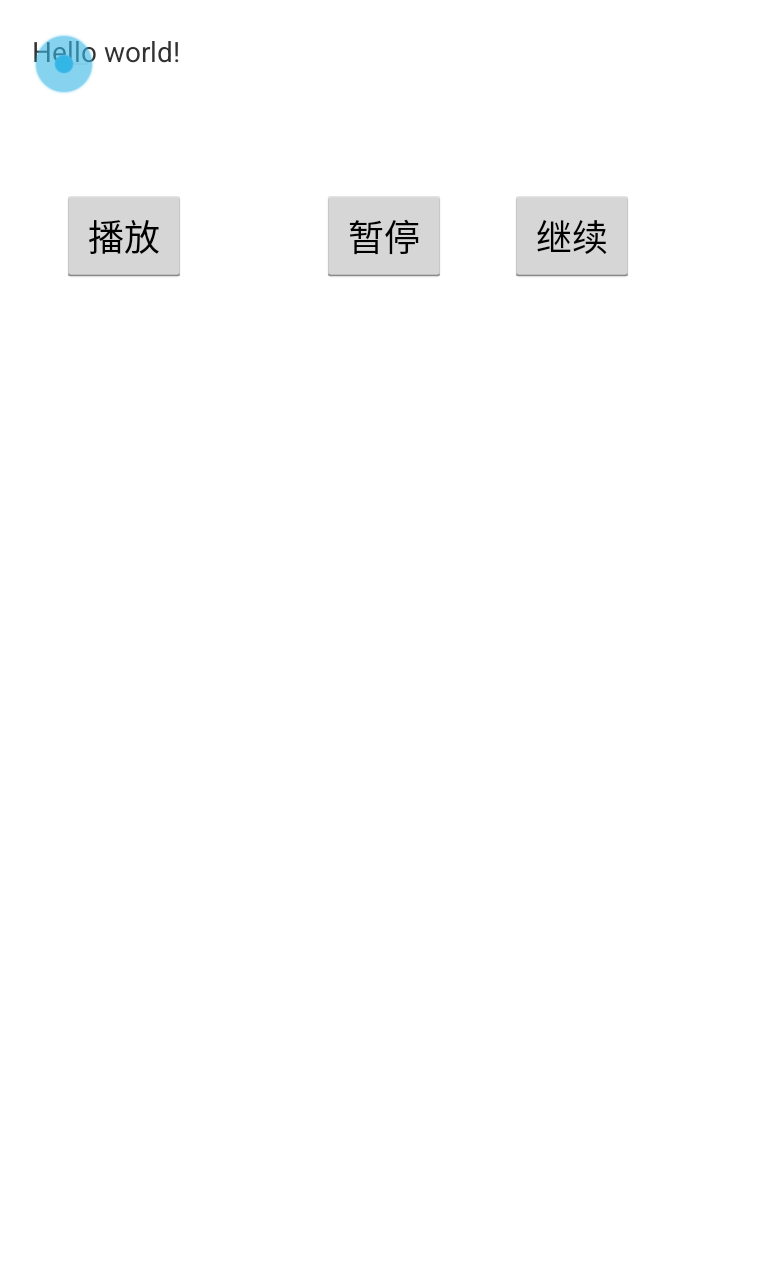
Repository: xfhy/Usually-learn-Android
Layout: 多媒体/7.百度音乐盒/res/layout/activity_main.xml
These files come from the project's save history. The layout is drawn as it stood at one moment and after the next save; the edit follows.
It is drawn on a 768 x 1280 px phone screen (xhdpi) without system bars, with theme AppTheme; the app's code is not run.

Above is the layout before, as saved 2017-02-09 07:14:51.

After the next save:
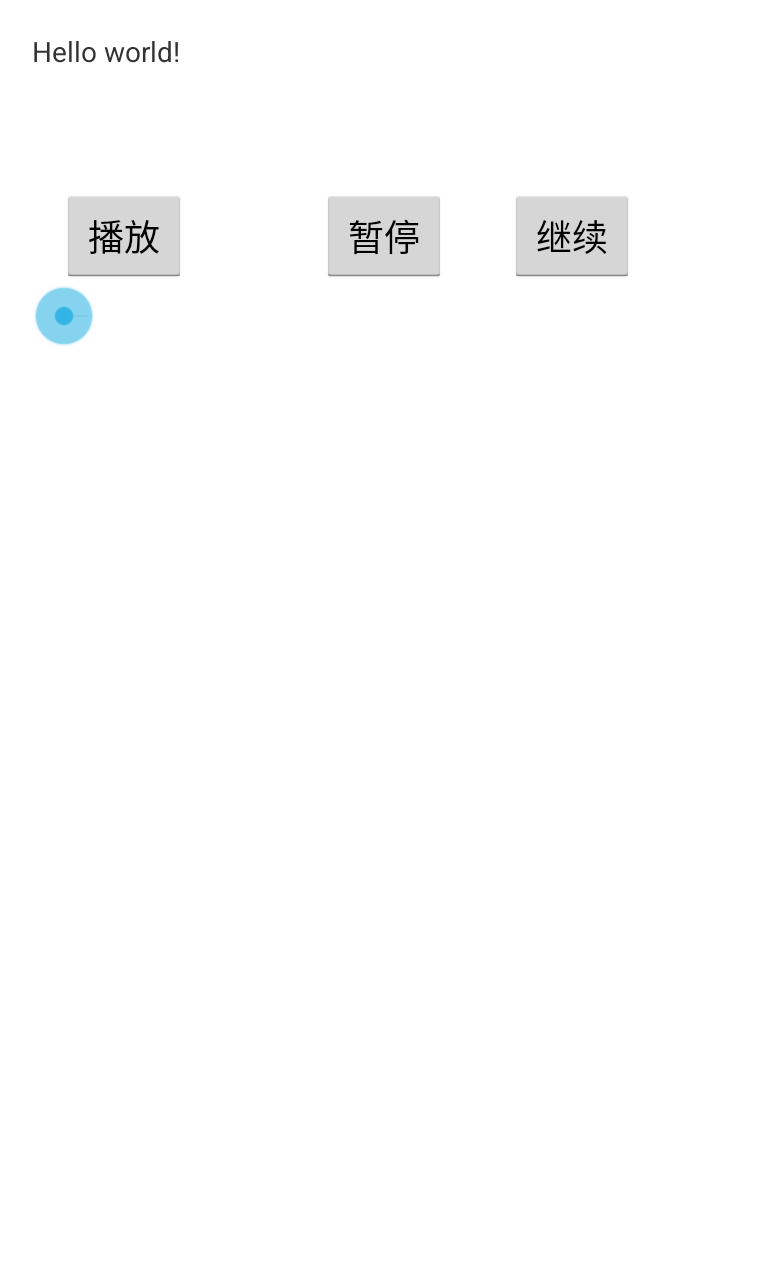
Saved 39 s later.
--- a/多媒体/7.百度音乐盒/res/layout/activity_main.xml
+++ b/多媒体/7.百度音乐盒/res/layout/activity_main.xml
@@ -44,6 +44,7 @@
 
     <!-- 可以拖动的进度条 -->
     <SeekBar
+        android:layout_below="@id/bt_re"
         android:id="@+id/sb_seekm"
         android:layout_width="wrap_content"
         android:layout_height="wrap_content"
